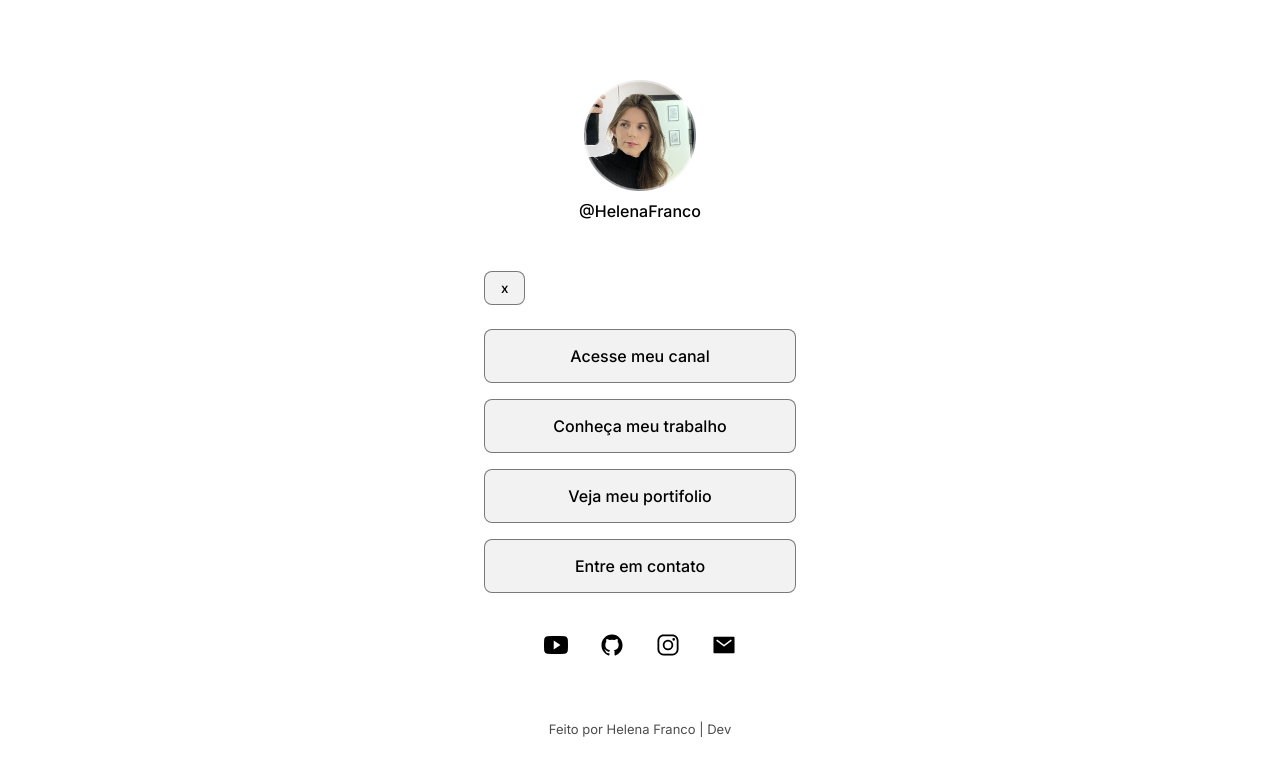
Repository: Fr4nc021/Pagina-de-links-
Page: index.html
An editor plug-in stored every save of this project. The page is shown before and after the next save, followed by the edit.
The browser window is 1280 px wide. The pictures show the whole page.

Above is the page before, as saved 2025-02-13 22:16:27.

### index.html
<!DOCTYPE html>
<html lang="pt-br" class="light">
<head>
    <link rel="preconnect" href="https://fonts.googleapis.com">
    <link rel="preconnect" href="https://fonts.gstatic.com" crossorigin
    >
    <link
    href="https://fonts.googleapis.com/css2?family=Inter:ital,opsz,wght@0,14..32,100..900;1,14..32,100..900&display=swap" rel="stylesheet">


    <meta charset="UTF-8">
    <meta name="viewport" content="width=device-width, initial-scale=1.0">
    <title>DevLinks</title>
    <link rel="stylesheet" href="style.css">
</head>
<body>
    <div id="container">
    <div id="profile">
    <img
        src="./assets/avatar.png"
        alt="Foto da Helena Franco sorrindo">
        <p>@HelenaFranco</p>
    </div>
    <div id="switch">
        <button>x</button>
    </div>

    <div>
        <ul>
            <li>
                <a href="#" target="_blank">Acesse meu canal</a>
            </li>
            <li>
                <a href="#" target="_blank">Conheça meu trabalho</a>
            </li>
            <li>
                <a href="#" target="_blank">Veja meu portifolio</a>
            </li>
            <li>
                <a href="#" target="_blank">Entre em contato</a>
            </li>
        </ul>
    </div>
        <div id="social-links">
            <a href="https://www.youtube.com/@FR4NC021" target="_blank">
            <ion-icon name="logo-youtube"></ion-icon></a>

            <a href="https://github.com/Fr4nc021" target="_blank">
            <ion-icon name="logo-github"></ion-icon></a>

            <a href="https://www.instagram.com/h.franco__/" target="_blank">
            <ion-icon name="logo-instagram"></ion-icon></a>

            <a href="https://w.app/doczx7" target="_blank">
            <ion-icon name="mail-sharp"></ion-icon></a>
        </div>

        <footer>
            Feito por Helena Franco | Dev
        </footer>
    </div>
    <script
    type="module"
    src="https://unpkg.com/ionicons@7.1.0/dist/ionicons/ionicons.esm.js" ></script>
<script
nomodule
src = "https://unpkg.com/ionicons@7.1.0/dist/ionicons/ionicons.js" ></script>
</body>
</html>

### style.css
* {
    margin: 0%;
    padding: 0%;
    box-sizing: border-box;
}

:root {
    --text-color: white;
    --bg-url: url(./assets/bg-mobile.jpg);
    --strock-color: rgba(255, 255, 255, 0.5);
    --surface-color: rgba(255, 255, 255, 0.1);
    --surface-color-hover: rgba(0, 0, 0, 0.02);
    --highlight-color: rgba(255, 255, 255, 0.2);
}

.light {
    --text-color: black;
    --bg-url: url(./assets/bg-mobile-light.jpg);
    --strock-color: rgba(0, 0, 0, 0.5);
    --surface-color: rgba(0, 0, 0, 0.05);
    --surface-color-hover: rgba(0, 0, 0, 0.02);
    --highlight-color: rgba(0, 0, 0, 0.1);


}

body {
background: --var(--bg-url) no-repeat top center/cover;
color: var(--text-color);
}

body * {
        font-family: "Inter", sans-serif;
        color: var(--text-color);
    }

#container {
    width: 360px;
    margin: 56px auto 0px;
    padding: 0 24px;
}

#profile img {
    width: 112px;
    display: block;
    margin: auto;

}

#profile {
    text-align: center;
    padding: 24px;
}

#profile p {
    font-weight: 500;
    line-height: 24px;
    margin-top: 8px;
}

#switch button {
    display: flex;
    align-items: center;
    justify-content: center;

    padding: 8px 16px;
    margin-top: 24px;

    background: var(--surface-color);
    border: 1px solid var(--strock-color);
    border-radius: 8px;

    -webkit-backdrop-filter: blur(4px);
    backdrop-filter: blur(4px);

    text-decoration: none;
    font-weight: 500;

    transition: background 0.2s;
}

/* Links */

ul{
    list-style: none;
    display: flex;
    flex-direction: column;
    gap: 16px;

    padding: 24px 0;
}

ul li a {

        display: flex;
        align-items: center;
        justify-content: center;

        padding: 16px 24px;

        background: var(--surface-color);
        border: 1px solid var(--strock-color);
        border-radius: 8px;

        -webkit-backdrop-filter: blur(4px);
        backdrop-filter: blur(4px);

        text-decoration: none;
        font-weight: 500;

        transition: background 0.2s;
    }

    /* pseudo-selector */

    ul li a:hover {
        background: var(--surface-color-hover);
        border: 1.5px solid var(--text-color);
    }

    #social-links {
        display: flex;
        justify-content: center;

        margin-top: 24px 0;

        font-size:24px;
    }

    #social-links a {
        display: flex;
        align-items: center;
        justify-content: center;
        padding: 16px;

        transition: 0.2s;
        border-radius: 50%;
    }


    #social-links a:hover {
        background:--var(--highlight-color);
    }

    footer {
        padding: 24px;
        text-align: center;
        margin-top: 24px;
        font-size: small;
        opacity: 0.7;

    }

### assets/moon-stars.svg
<svg width="16" height="16" viewBox="0 0 16 16" fill="none" xmlns="http://www.w3.org/2000/svg">
<path d="M13.5 7V4" stroke="black" stroke-linecap="round" stroke-linejoin="round"/>
<path d="M15 5.5H12" stroke="black" stroke-linecap="round" stroke-linejoin="round"/>
<path d="M10.5 1.5V3.5" stroke="black" stroke-linecap="round" stroke-linejoin="round"/>
<path d="M11.5 2.5H9.5" stroke="black" stroke-linecap="round" stroke-linejoin="round"/>
<path d="M13.5436 9.53755C12.562 9.81283 11.5247 9.82185 10.5384 9.56369C9.55211 9.30553 8.65229 8.78949 7.93137 8.06857C7.21045 7.34765 6.69442 6.44783 6.43626 5.46152C6.1781 4.47522 6.18712 3.43797 6.46239 2.4563C5.49456 2.72568 4.61419 3.24394 3.90898 3.95944C3.20377 4.67495 2.69833 5.56274 2.44301 6.53438C2.18769 7.50602 2.19139 8.52759 2.45375 9.49736C2.71611 10.4671 3.22797 11.3512 3.93835 12.0616C4.64872 12.772 5.53282 13.2838 6.50259 13.5462C7.47235 13.8086 8.49393 13.8123 9.46556 13.5569C10.4372 13.3016 11.325 12.7962 12.0405 12.091C12.756 11.3858 13.2743 10.5054 13.5436 9.53755Z" stroke="black" stroke-linecap="round" stroke-linejoin="round"/>
</svg>

After the next save:
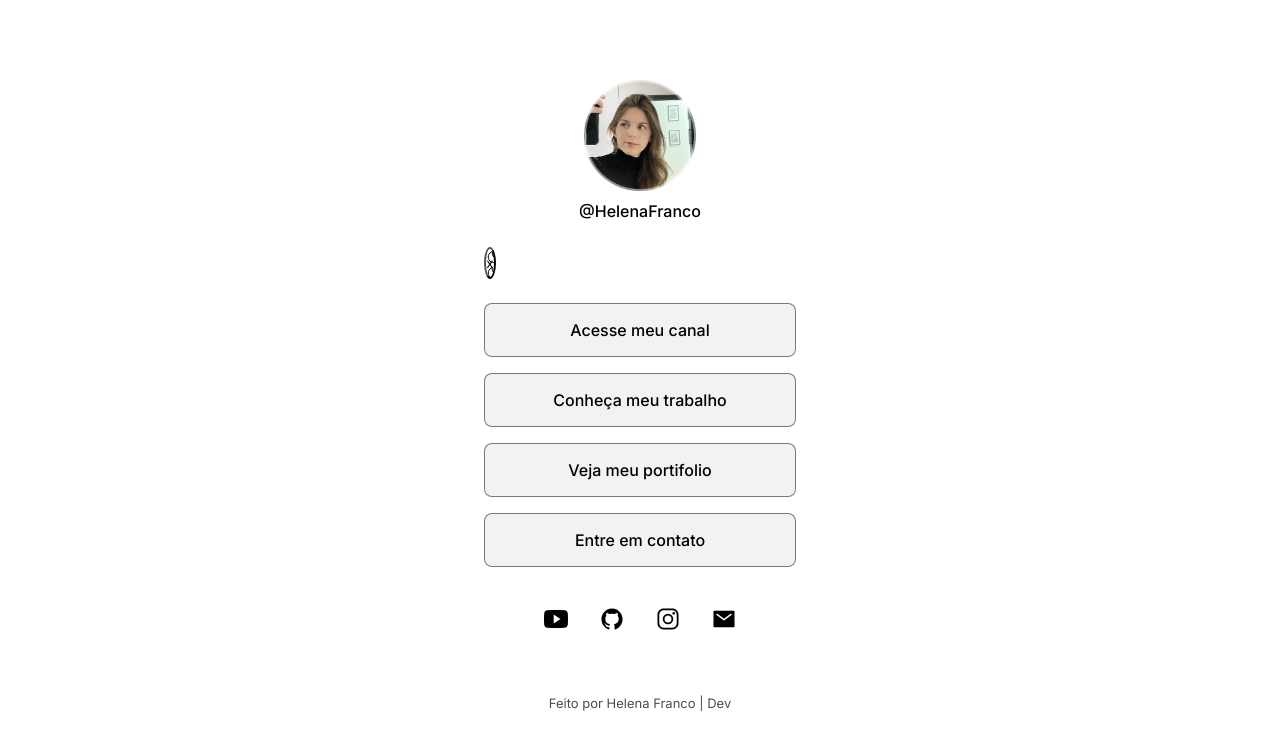
Saved 105 s later.
--- a/style.css
+++ b/style.css
@@ -59,24 +59,12 @@ body * {
 }
 
 #switch button {
-    display: flex;
-    align-items: center;
-    justify-content: center;
-
-    padding: 8px 16px;
-    margin-top: 24px;
-
-    background: var(--surface-color);
-    border: 1px solid var(--strock-color);
-    border-radius: 8px;
-
-    -webkit-backdrop-filter: blur(4px);
-    backdrop-filter: blur(4px);
-
-    text-decoration: none;
-    font-weight: 500;
-
-    transition: background 0.2s;
+    width: 12px;
+    height: 32px;
+    background: white;
+    border: o;
+    border-radius: 50%;
+    background-image: url(./assets/moon-stars.svg);
 }
 
 /* Links */
